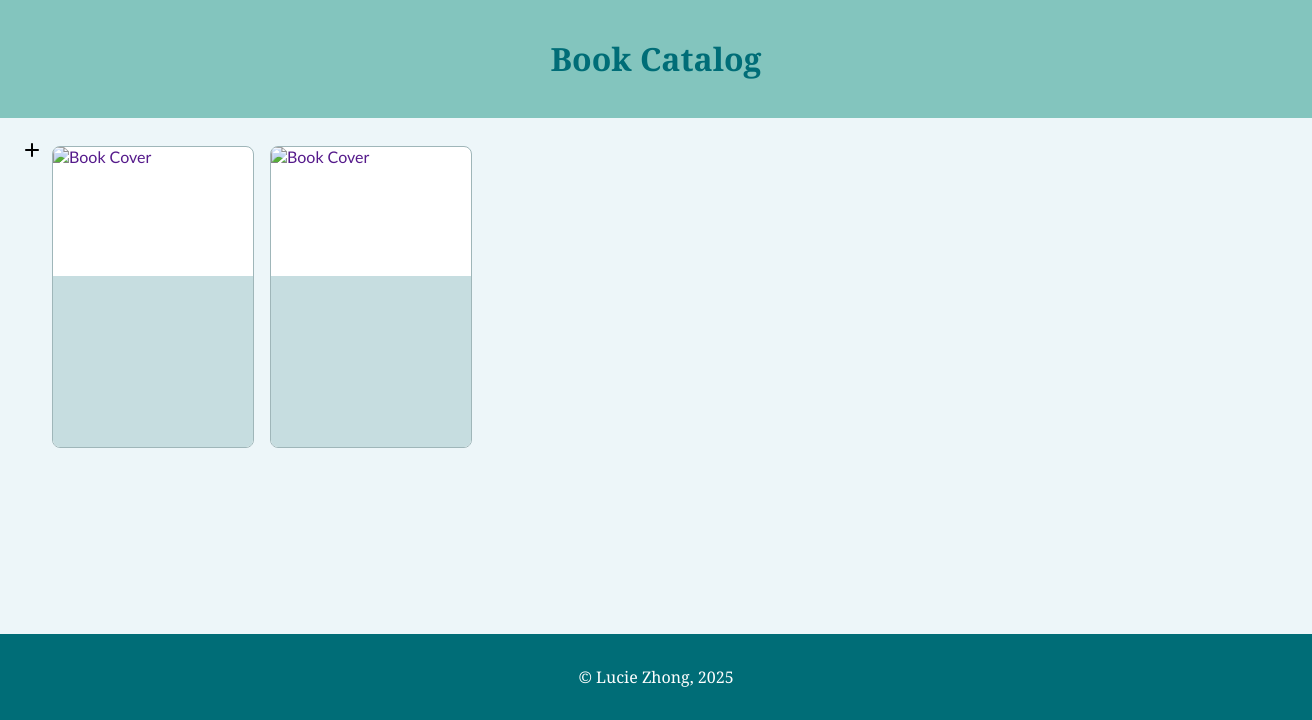
Repository: luwuciez/webdev2-book-catalog-v1
Page: /
An editor plug-in stored every save of this project. The page is shown before and after the next save, followed by the edit.
The browser window is 1280 px wide. The page is 1312 px wide, so the pictures cover 1312 px, including what lies to the right of the window. The pictures show the whole page.
The page's requests for data from a server got no answer. The project was rebuilt for these pictures with package versions that can differ from the ones it lists, and the page was loaded fresh each time. No one was signed in, and anything a server would have sent is missing. Also part of the build but not shown: vite.config.js.

Above is the page before, as saved 2025-09-13 23:35:22.

After the next save:
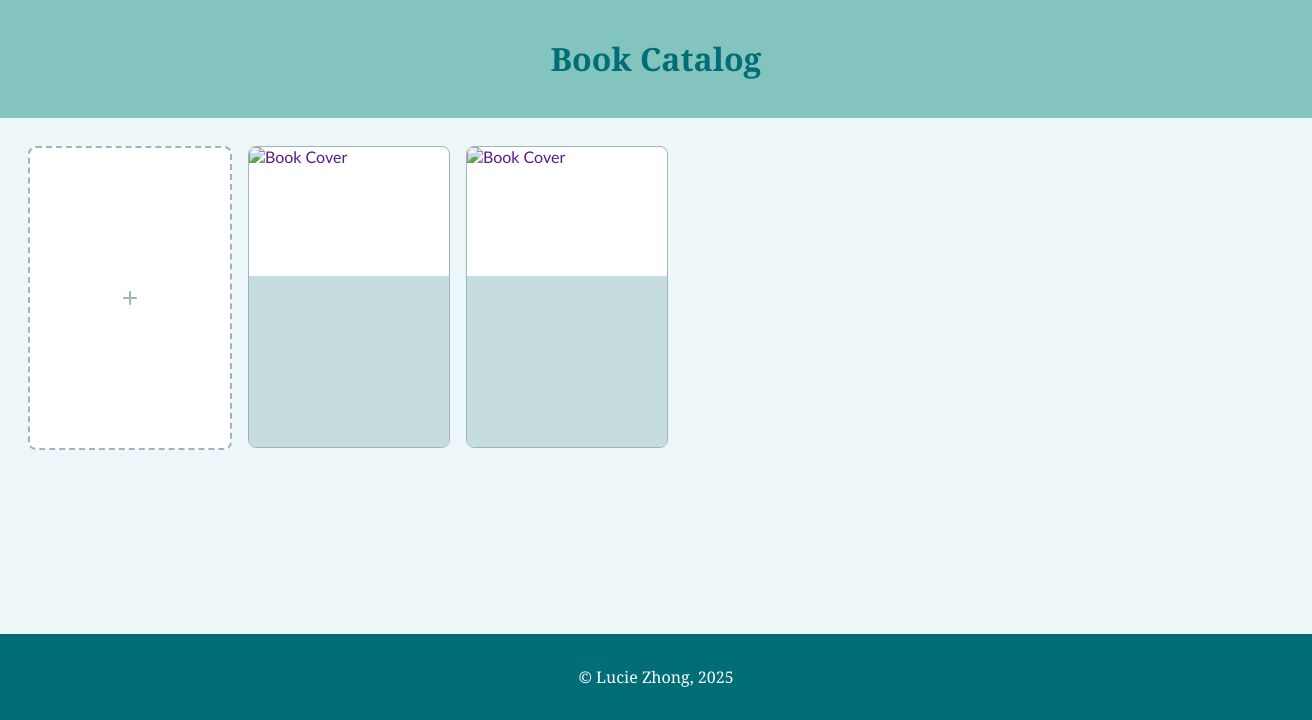
Saved 29 s later.
--- a/src/App.css
+++ b/src/App.css
@@ -22,3 +22,20 @@
     justify-content: start;
     padding: 20px 20px 60px 20px;
 }
+
+.newBook {
+    display: flex;
+    flex-direction: column;
+    align-items: center;
+    justify-content: center;
+    background-color: white;
+    border: 2px dashed #9fb6b9;
+    border-radius: 8px;
+    margin: 8px;
+    width: 200px;
+    height: 300px;
+    color: #9fb6b9;
+    font-size: 3em;
+    cursor: pointer;
+    transition: box-shadow 0.3s ease, background-color 0.3s ease, color 0.3s ease;
+}
